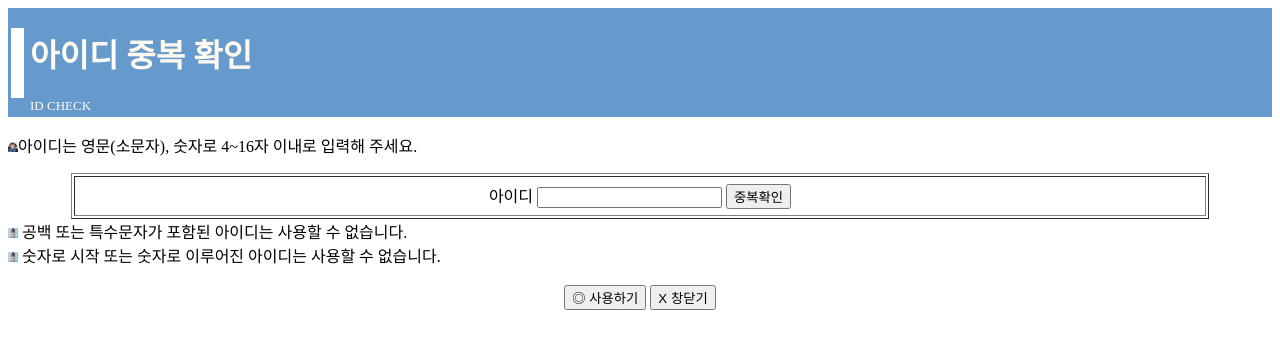
Repository: Leewonhoo/kostaweb
Page: Web_hello/WebContent/IdCheck.html
An editor plug-in stored every save of this project. The page is shown before and after the next save, followed by the edit.
The browser window is 1280 px wide. The pictures show the whole page.

Above is the page before, as saved 2017-09-08 07:55:57.

### Web_hello/WebContent/IdCheck.html
<!DOCTYPE html PUBLIC "-//W3C//DTD HTML 4.01 Transitional//EN" "http://www.w3.org/TR/html4/loose.dtd">
<html>
<head>
<meta http-equiv="Content-Type" content="text/html; charset=EUC-KR">
<title>Insert title here</title>
</head>
<body>
	<table bgcolor="#6699cc" width="100%">
		<tr>
			<td rowspan="2" width="15px">
				<img alt="X" src="images/stick.png" width="13px" height="70px">
			</td>
			<td><h3><font color="#fffaf0" size="6px">아이디 중복 확인</font></h3></td>
		</tr>
		<tr>
			<td><font color="#fffaf0" size="2px">ID CHECK</font></td>
		</tr>
	</table>
	<p align="left"><img alt="X" src="images/park2.jpg" width="10px" height="10px">아이디는 영문(소문자), 숫자로 4~16자 이내로 입력해 주세요.</p>
	<table border="1" width="90%" align="center">
		<tr height="40px">
			<td align="center">
				아이디
				<input type="text" size="20">
				<input type="button" value="중복확인">
			</td>
		</tr>
	</table>
	<div>
		<img alt="*" src="images/park1.jpg" width="10px" height="10px">
		공백 또는 특수문자가 포함된 아이디는 사용할 수 없습니다.<br>
		<img alt="*" src="images/park1.jpg" width="10px" height="10px">
		숫자로 시작 또는 숫자로 이루어진 아이디는 사용할 수 없습니다.
	</div>
	<br>
	<div align="center">
		<input type="button" value="◎ 사용하기">
		<input type="button" value="X 창닫기">
	</div>

</body>
</html>

After the next save:
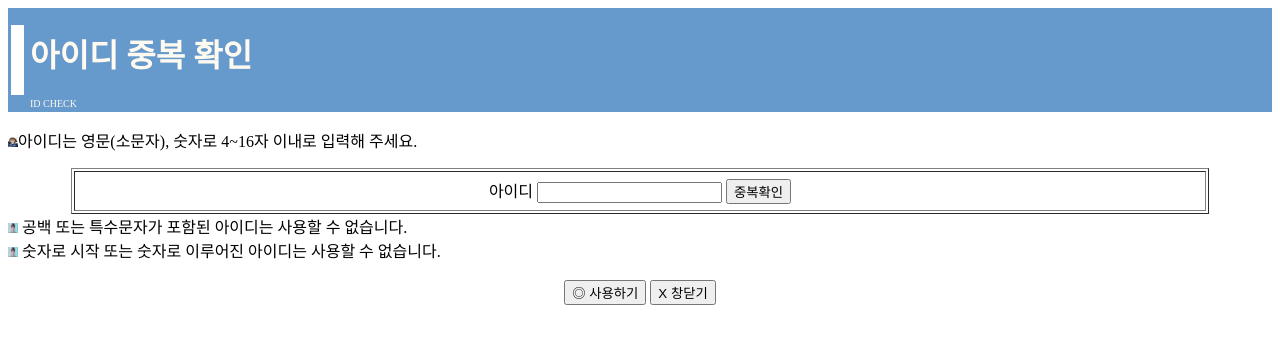
Saved 6 s later.
--- a/Web_hello/WebContent/IdCheck.html
+++ b/Web_hello/WebContent/IdCheck.html
@@ -13,7 +13,7 @@
 			<td><h3><font color="#fffaf0" size="6px">아이디 중복 확인</font></h3></td>
 		</tr>
 		<tr>
-			<td><font color="#fffaf0" size="2px">ID CHECK</font></td>
+			<td><font color="#fffaf0" size="1px">ID CHECK</font></td>
 		</tr>
 	</table>
 	<p align="left"><img alt="X" src="images/park2.jpg" width="10px" height="10px">아이디는 영문(소문자), 숫자로 4~16자 이내로 입력해 주세요.</p>
